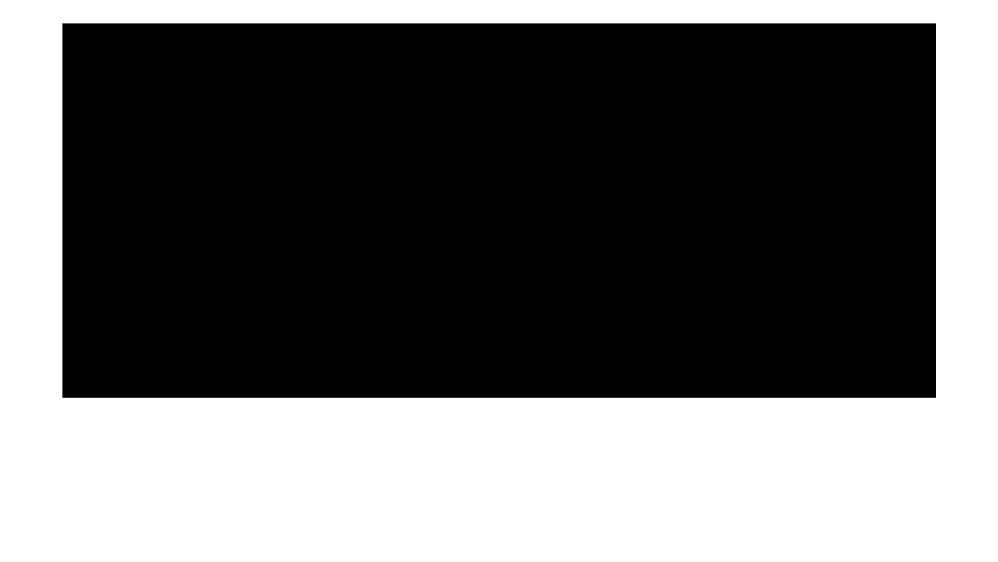
Repository: zhenzhen-gong/JSslider
Page: index.html
These files come from the project's save history. The page is drawn as it stood at one moment and after the next save; the edit follows.
The browser window is 1280 px wide. The pictures show the whole page, at 78% of full size.

Above is the page before, as saved 2020-06-05 15:35:45.

### index.html
<!DOCTYPE html>
<html lang="en">

<head>
    <meta charset="UTF-8">
    <meta name="viewport" content="width=device-width, initial-scale=1.0">
    <title>JS实现轮播图</title>
    <link rel="stylesheet" href="style.css">
</head>

<body>
    <div class="img">
        <div class="nav"></div>
        <div class="content"></div>
    </div>
</body>

</html>

### style.css
*{
    margin: 0;
    padding: 0;
}
.img{
    width: 1120px;
    height: 480px;
    margin: 30px auto 0;
    overflow: hidden;
    background-color: black;
}

After the next save:
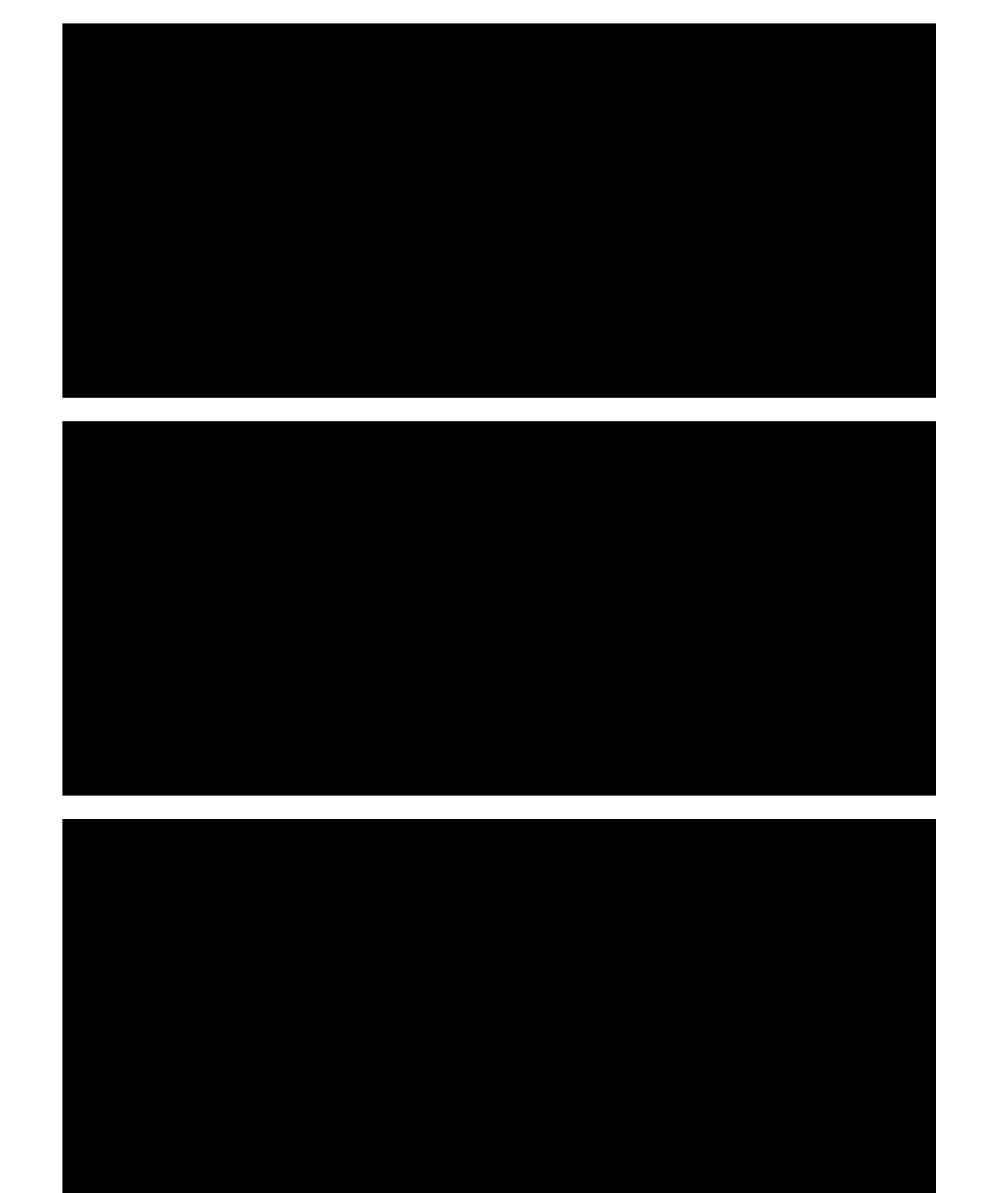
Saved 41 min 54 s later.
--- a/index.html
+++ b/index.html
@@ -9,7 +9,18 @@
 </head>
 
 <body>
-    <div class="img">
+    <div class="main">
+        <div class="slider">
+            <a href="">
+                <div class="img img1"></div>
+            </a>
+            <a href="">
+                <div class="img img2"></div>
+            </a>
+            <a href="">
+                <div class="img img3"></div>
+            </a>
+        </div>
         <div class="nav"></div>
         <div class="content"></div>
     </div>

After the save that followed:
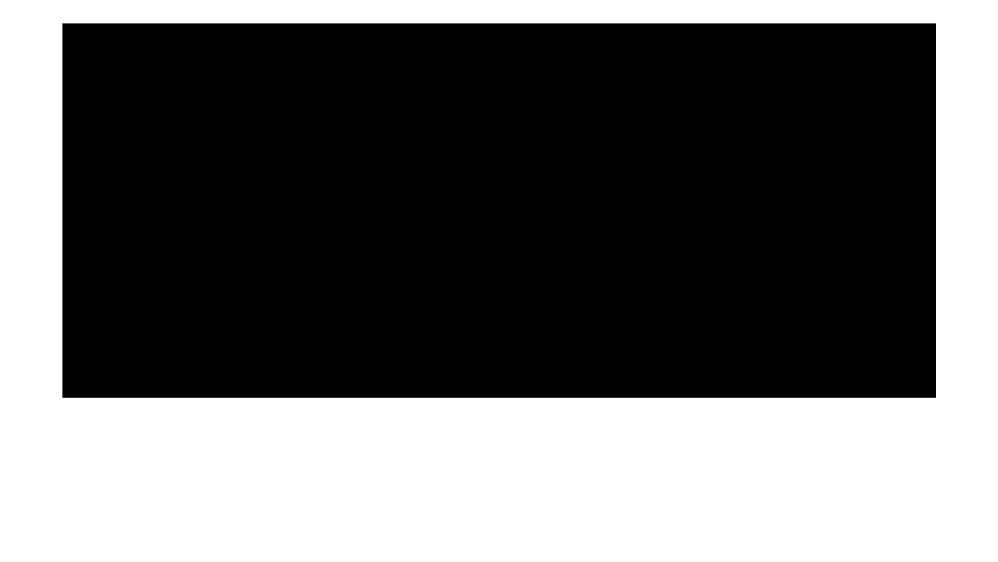
Saved 10 s later.
--- a/style.css
+++ b/style.css
@@ -2,7 +2,7 @@
     margin: 0;
     padding: 0;
 }
-.img{
+.main{
     width: 1120px;
     height: 480px;
     margin: 30px auto 0;
